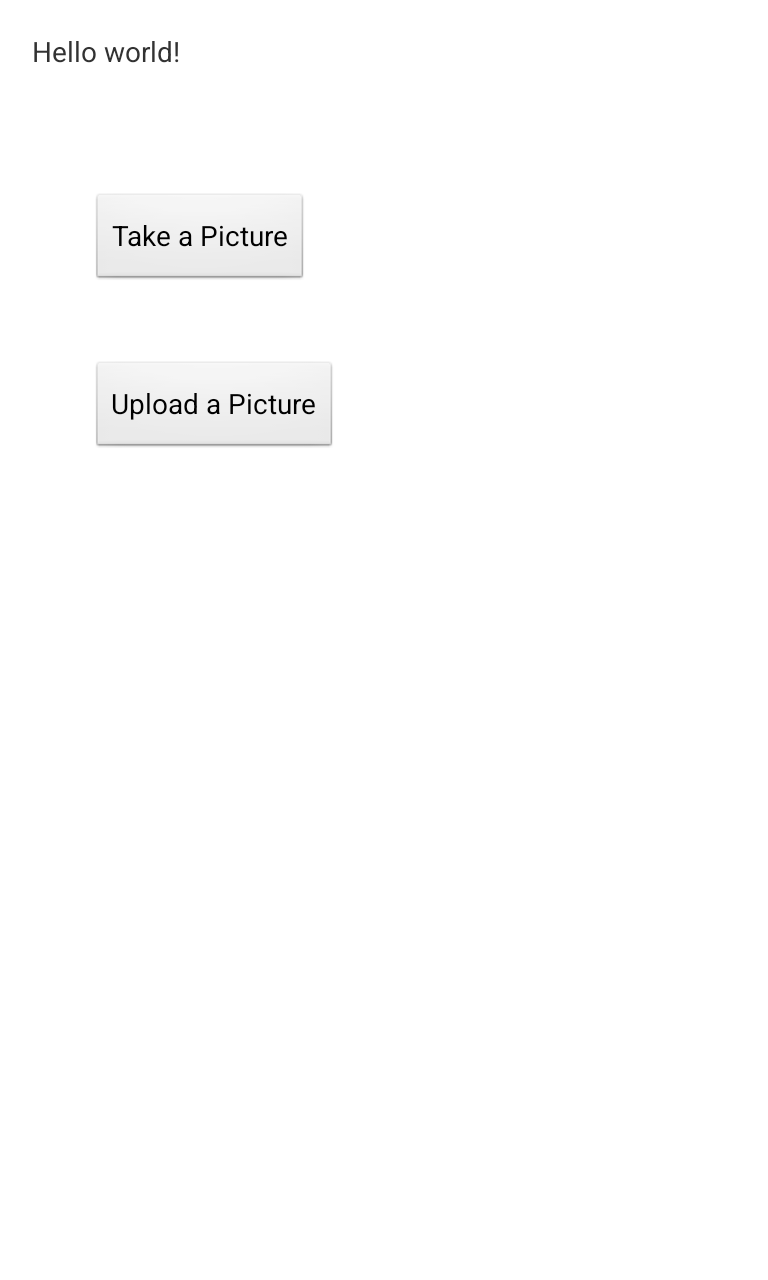
Repository: Hawaiii/filterapp
Layout: android/Filter/res/layout/activity_main.xml
An editor plug-in stored every save of this project. The layout is shown before and after the next save, followed by the edit.
It is drawn on a 768 x 1280 px phone screen (xhdpi) without system bars, with theme AppTheme; the app's code is not run.

Above is the layout before, as saved 2015-01-31 07:59:07.

### android/Filter/res/layout/activity_main.xml
<RelativeLayout xmlns:android="http://schemas.android.com/apk/res/android"
    xmlns:tools="http://schemas.android.com/tools"
    android:layout_width="match_parent"
    android:layout_height="match_parent"
    android:paddingBottom="@dimen/activity_vertical_margin"
    android:paddingLeft="@dimen/activity_horizontal_margin"
    android:paddingRight="@dimen/activity_horizontal_margin"
    android:paddingTop="@dimen/activity_vertical_margin"
    tools:context=".MainActivity" >

    <TextView
        android:id="@+id/textView1"
        android:layout_width="wrap_content"
        android:layout_height="wrap_content"
        android:text="@string/hello_world" />

    <Button
        android:id="@+id/camera"
        android:layout_width="wrap_content"
        android:layout_height="wrap_content"
        android:layout_alignLeft="@+id/textView1"
        android:layout_below="@+id/textView1"
        android:layout_marginLeft="29dp"
        android:layout_marginTop="61dp"
        android:text="Take a Picture" />

    <Button
        android:id="@+id/upload"
        android:layout_width="wrap_content"
        android:layout_height="wrap_content"
        android:layout_alignLeft="@+id/camera"
        android:layout_below="@+id/camera"
        android:layout_marginTop="36dp"
        android:text="Upload a Picture" />

</RelativeLayout>

### android/Filter/res/values/colors.xml
<?xml version="1.0" encoding="utf-8"?>
<resources>
    <color name="light_brown">#B9B9B7</color>
    <color name="light_grey">#E9E9E9</color>
    <color name="grey">#7D838C</color>
    <color name="light_green">#AFEED3</color>
    <color name="white">#FFFFFF</color>
    <color name="pinky_pink">#FCE2DC</color>
    <color name="legit_gray">#E7E6E9</color>
    <color name="red">#e74c3c</color>
</resources>

### android/Filter/res/values/strings.xml
<?xml version="1.0" encoding="utf-8"?>
<resources>

    <string name="app_name">Filter</string>
    <string name="action_settings">Settings</string>
    <string name="hello_world">Hello world!</string>

</resources>

Loaded but not shown: android/Filter/res/values-v11/styles.xml (common file); android/Filter/res/values-v14/styles.xml (common file); android/Filter/res/values/styles.xml (common file); android/Filter/res/values/dimens.xml (common file)

After the next save:
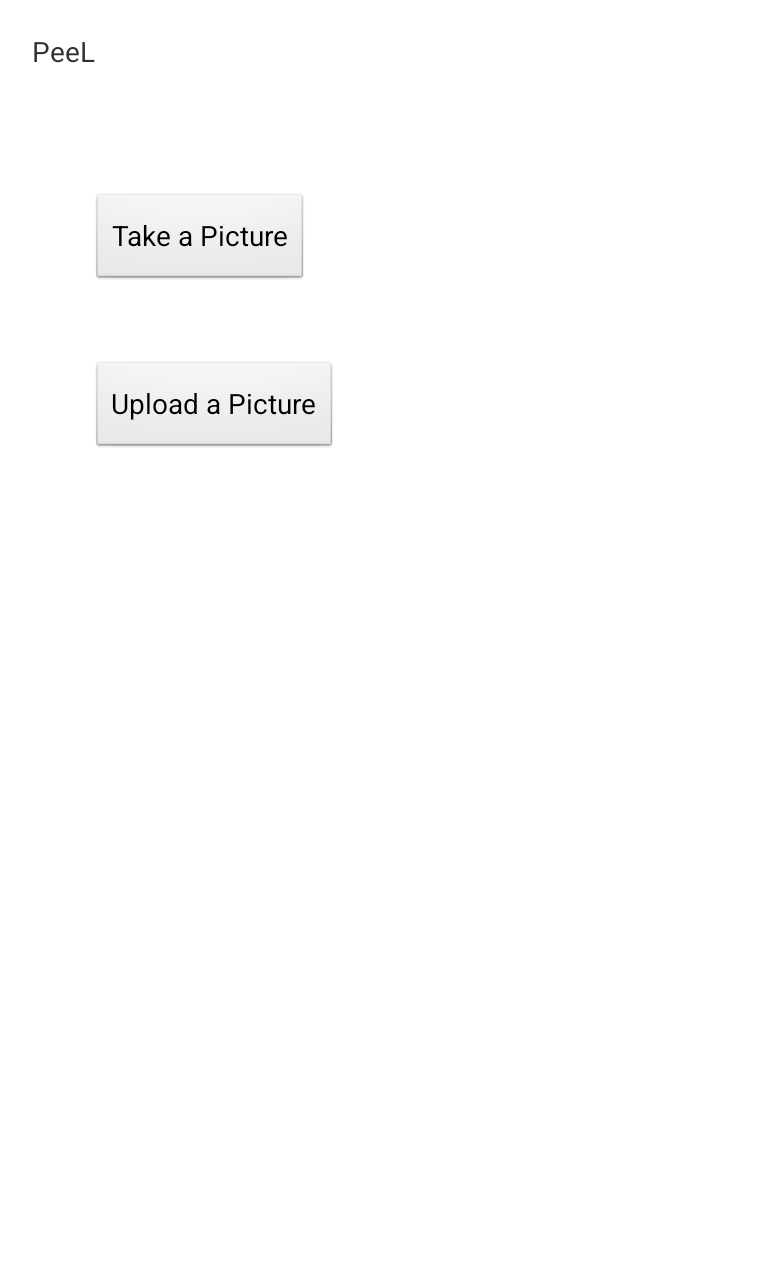
Saved 12 h 11 min later.
--- a/android/Filter/res/layout/activity_main.xml
+++ b/android/Filter/res/layout/activity_main.xml
@@ -12,7 +12,7 @@
         android:id="@+id/textView1"
         android:layout_width="wrap_content"
         android:layout_height="wrap_content"
-        android:text="@string/hello_world" />
+        android:text="PeeL" />
 
     <Button
         android:id="@+id/camera"
